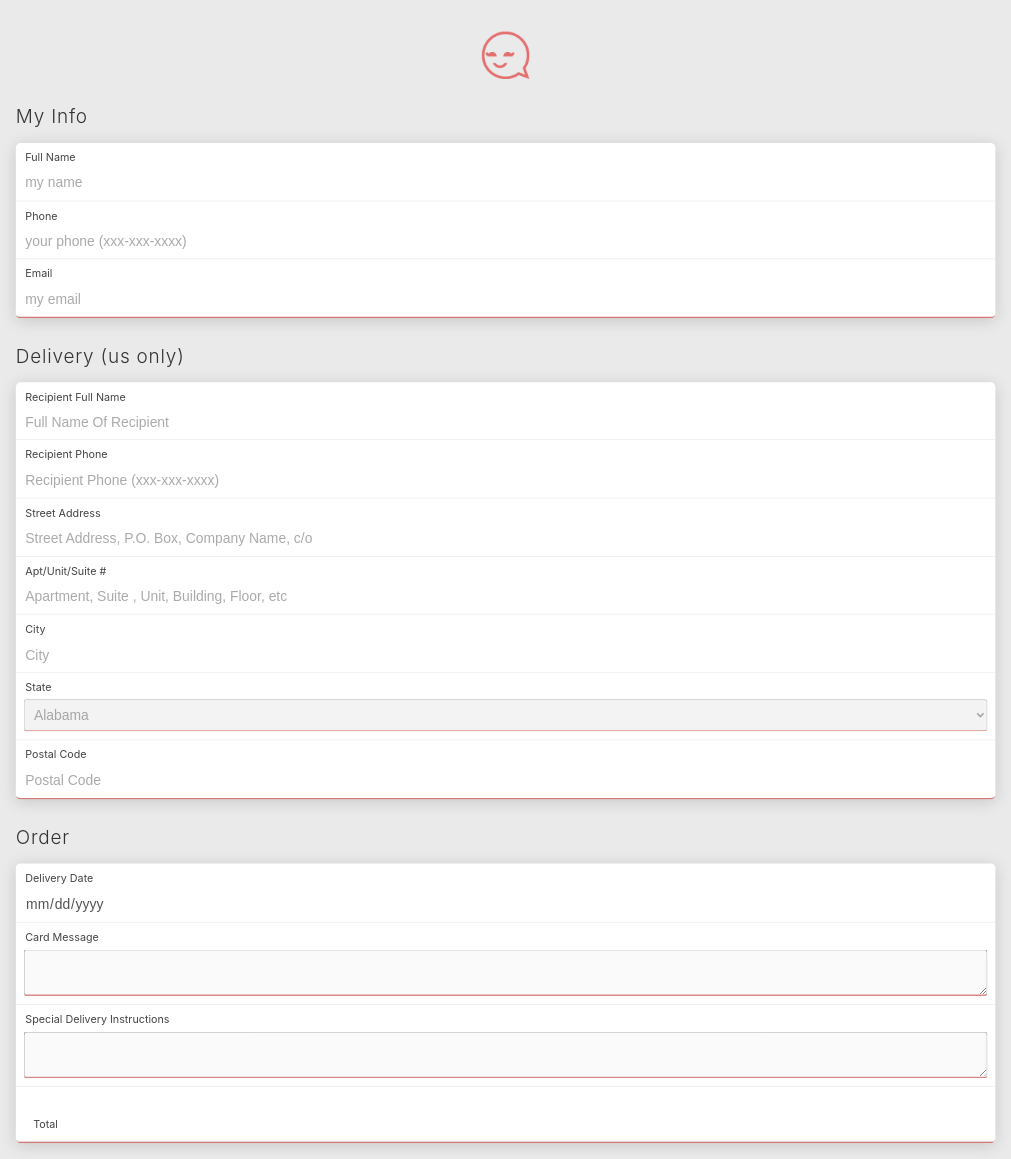
Repository: mattbobgithub/rosybot-ui
Page: rosybot-ui/dist/checkout.html
These files come from the project's save history. The page is drawn as it stood at one moment and after the next save; the edit follows.
The browser window is 1280 px wide. The pictures show the whole page, at 79% of full size.
The page's requests for data from a server got no answer. Some web libraries are served in a nearby version.

Above is the page before, as saved 2017-10-13 16:21:01.

### rosybot-ui/dist/checkout.html
<!DOCTYPE html>
<html>
<head>
<meta charset="utf-8">
<meta http-equiv="X-UA-Compatible" content="IE=edge">
<meta name="viewport"
	content="width=device-width, initial-scale=1, maximum-scale=1, minimum-scale=1, user-scalable=no, minimal-ui">
<title>Checkout</title>
<link href="normalize.css" rel="stylesheet">
<link href="index.css" rel="stylesheet">
<script src="https://js.stripe.com/v3/"></script>
</head>
<body>
	<div class="logo"></div>
	<div class="container">
		<form id="rosyOrder">
			<input id="id" name="id" type="hidden" required /> <input
				id="orderTotalHidden" name="orderTotalHidden" type="hidden" required />
			<h2>My Info</h2>
			<div class="form-groups">
				<div class="form-group">
					<label for="customerFullName">Full Name</label> <input
						id="customerFullName" name="customerFullName" type="text"
						placeholder="my name" onchange="changeRosyOrder(true)" required>
				</div>
				<div class="form-group">
					<label for="customerPhone">Phone</label> <input id="customerPhone"
						name="customerPhone" type="tel" pattern="^\d{3}-\d{3}-\d{4}$"
						placeholder="your phone (xxx-xxx-xxxx)"
						onchange="changeCustomerPhone(this.value)" required>
				</div>
				<div class="form-group">
					<label for="customerEmail">Email</label> <input id="customerEmail"
						name="customerEmail" type="email" placeholder="my email"
						onchange="changeRosyOrder(true)">
				</div>
			</div>


			<h2>Delivery (us only)</h2>
			<div class="form-groups">

				<div class="form-group">
					<label for="recipientFullName">Recipient Full Name</label> <input
						id="recipientFullName" name="recipientFullName" type="text"
						placeholder="Full Name Of Recipient"
						onchange="changeRosyOrder(true)" required>
				</div>
				<div class="form-group">
					<label for="recipientPhone">Recipient Phone</label> <input
						id="recipientPhone" name="recipientPhone" type="tel"
						pattern="^\d{3}-\d{3}-\d{4}$"
						placeholder="Recipient Phone (xxx-xxx-xxxx)"
						onchange="changeRecipientPhone(this.value)" required>
				</div>
				<div class="form-group">
					<label for="recipientStreetAddress1">Street Address</label> <input
						id="recipientStreetAddress1" name="recipientStreetAddress1"
						type="text"
						placeholder="Street Address, P.O. Box, Company Name, c/o"
						onchange="changeRosyOrder(true)" required>
				</div>
				<div class="form-group">
					<label for="recipientStreetAddress2">Apt/Unit/Suite #</label> <input
						id="recipientStreetAddress2" name="recipientStreetAddress2"
						type="text"
						placeholder="Apartment, Suite , Unit, Building, Floor, etc"
						onchange="changeRosyOrder(true)">
				</div>
				<div class="form-group">
					<label for="recipientCity">City</label> <input id="recipientCity"
						name="recipientCity" type="text" placeholder="City"
						onchange="changeRosyOrder(true)" required>
				</div>

				<div class="form-group">
					<label for="recipientState">State</label>
					<div class="select-wrapper">
						<select id="recipientState" name="recipientState"
							onchange="changeRosyOrder(true)" required>
							<option value="AL">Alabama</option>
							<option value="AK">Alaska</option>
							<option value="AZ">Arizona</option>
							<option value="AR">Arkansas</option>
							<option value="CA">California</option>
							<option value="CO">Colorado</option>
							<option value="CT">Connecticut</option>
							<option value="DE">Delaware</option>
							<option value="DC">District Of Columbia</option>
							<option value="FL">Florida</option>
							<option value="GA">Georgia</option>
							<option value="HI">Hawaii</option>
							<option value="ID">Idaho</option>
							<option value="IL">Illinois</option>
							<option value="IN">Indiana</option>
							<option value="IA">Iowa</option>
							<option value="KS">Kansas</option>
							<option value="KY">Kentucky</option>
							<option value="LA">Louisiana</option>
							<option value="ME">Maine</option>
							<option value="MD">Maryland</option>
							<option value="MA">Massachusetts</option>
							<option value="MI">Michigan</option>
							<option value="MN">Minnesota</option>
							<option value="MS">Mississippi</option>
							<option value="MO">Missouri</option>
							<option value="MT">Montana</option>
							<option value="NE">Nebraska</option>
							<option value="NV">Nevada</option>
							<option value="NH">New Hampshire</option>
							<option value="NJ">New Jersey</option>
							<option value="NM">New Mexico</option>
							<option value="NY">New York</option>
							<option value="NC">North Carolina</option>
							<option value="ND">North Dakota</option>
							<option value="OH">Ohio</option>
							<option value="OK">Oklahoma</option>
							<option value="OR">Oregon</option>
							<option value="PA">Pennsylvania</option>
							<option value="RI">Rhode Island</option>
							<option value="SC">South Carolina</option>
							<option value="SD">South Dakota</option>
							<option value="TN">Tennessee</option>
							<option value="TX">Texas</option>
							<option value="UT">Utah</option>
							<option value="VT">Vermont</option>
							<option value="VA">Virginia</option>
							<option value="WA">Washington</option>
							<option value="WV">West Virginia</option>
							<option value="WI">Wisconsin</option>
							<option value="WY">Wyoming</option>
						</select>
					</div>
				</div>

				<div class="form-group">
					<label for="recipientPostalCode">Postal Code</label> <input
						name="recipientPostalCode" onchange="changeRosyOrder(true)"
						placeholder="Postal Code" id="recipientPostalCode" required
						type="text">
				</div>

				<input type="hidden" id="recipientCountry" name="recipientCountry" />
				<input type="hidden" id="validAddress" />

			</div>


			<h2>Order</h2>

			<div class="form-groups">

				<div class="form-group">
					<label for="deliveryDate">Delivery Date</label> <input readOnly
						id="deliveryDate" name="deliveryDate" type="date"
						placeholder="DD-MM-YYYY" onchange="changeDeliveryDate()" required>
				</div>
				<div class="form-group">
					<label for="cardMessage">Card Message</label>
					<div class="textarea-wrapper">
					<textarea
              id="cardMessage" name="cardMessage"
						placeholder="Card Message" onchange="changeRosyOrder(true)">
					</textarea>
					</div>
				</div>
				<div class="form-group">
					<label for="specialInstructions">Special Delivery Instructions</label>
					<div class="textarea-wrapper">
					<textarea
              id="specialInstructions"
						name="specialInstructions"
						placeholder="Special Delivery Instructions"
						onchange="changeRosyOrder(true)">
					</textarea>
					</div>
				</div>
				<div class="form-group">
				<div class="image-wrapper">
					<img id="rosyOrderImage" src="">
						<label for="orderTotal">Total</label>
					<div id="orderTotal"></div>
				</div>
				</div>
				<div class="form-group">
					<div id="productName"></div>
					<div id="productCode"></div>
				</div>

			</div>


			<div class="bottom-buttons" id="rosyClickableArea">
			<div id="updateOrderDiv">
				<button class="full" id="updateOrderButton">Update Order</button>
			</div id="paymentDiv">
				<button class="full primary" id="paymentButton">Buy With Card</button>
				  <div id="payment-request-button">
  						<!-- A Stripe Element will be inserted here. -->
						</div>
			</div>


		</form>
	</div>

	<script
		src="https://ajax.googleapis.com/ajax/libs/jquery/1.11.2/jquery.min.js"></script>
	<script type="text/javascript" src="js/cart.js"></script>
</body>

<div id="rosySpinnerOverlay" class="modal"></div>
</html>

### rosybot-ui/dist/index.css
html {
	box-sizing: border-box;
}

*, *:before, *:after {
	box-sizing: inherit;
}

::-webkit-input-placeholder {
	color: #aaa;
}

body {
	padding: 20px;
	font-family: -apple-system, BlinkMacSystemFont, 'Segoe UI', Roboto,
		Helvetica, Arial, sans-serif, 'Apple Color Emoji', 'Segoe UI Emoji',
		'Segoe UI Symbol';
	line-height: 1.5;
	background: #eaeaea;
	color: #444;
	font-weight: 200;
}

h2 {
	color: #333333;
	font-weight: 300;
	letter-spacing: 1px;
	margin-top: 30px;
	margin-bottom: 15px;
}

h2:first-of-type {
	margin-top: 0;
}

.form-groups {
	background: white;
	box-shadow: 0 3px 20px rgba(0, 0, 0, 0.15);
	border-radius: 6px;
	border-bottom: solid 2px #d47672;
}

.form-group {
	border-bottom: 1px solid #eee;
}

.form-group:last-of-type {
	border-bottom: none;
}

.form-group label {
	display: block;
	font-size: 85%;
	padding: 8px 12px 0 12px;
	font-weight: 400;
}

.form-group input {
	padding: 5px 0;
	display: block;
	width: 100%;
	font-size: 110%;
	padding: 12px;
	background: transparent;
	font-weight: 300;
}

input {
	border: none;
}

.logo {
	height: 60px;
	background: url("rosybot_red.png");
	background-repeat: no-repeat;
	background-position: center;
	background-size: contain;
	margin: 20px 0 30px 0;
}

.bottom-buttons {
	margin: 30px 0;
}

button.full {
	background: #c8504b;
	display: block;
	border: none;
	width: 100%;
	padding: 15px;
	border-top: solid 1px #e2a4a1;
	border-bottom: solid 3px #b33c37;
	border-radius: 6px;
	color: white;
	font-weight: 300;
	font-size: 130%;
	letter-spacing: 0.5px;
}

button.full.primary {
	border-top: solid 1px #d67e7a;
	background: #ac3934;
	border-bottom-color: #8c2f2b;
}

.select-wrapper {
	padding: 5px 10px 10px 10px;
}

select {
	border: solid 1px #aaa;
	display: block;
	padding: 8px;
	width: 100%;
	font-size: 110%;
	font-weight: 300;
	border-radius: 4px;
	border-bottom: solid 2px #da8986;
}

.textarea-wrapper {
	padding: 5px 10px 10px 10px;
}

textarea {
	border: solid 1px #aaa;
	display: block;
	padding: 8px;
	width: 100%;
	font-size: 110%;
	font-weight: 300;
	border-radius: 4px;
	border-bottom: solid 2px #da8986;
}

.image-wrapper {
	padding: 5px 10px 10px 10px;
}

### rosybot-ui/dist/js/cart.js
/**
 * intiate the cart with the order from the api
 */

$body = $("body");

$(document).on({
	ajaxStart : function() {
		$body.addClass("loading");
	},
	ajaxStop : function() {
		$body.removeClass("loading");
	}
});

$(document)
		.ready(
				function() {

					$('#confirmMessage').hide();
					$body.addClass("loading");
					orderId = getURLParameter("ro");
					console.log(orderId);
					var postData1 = new Object();
					postData1.id = orderId;
					postData2 = JSON.stringify(postData1);

					$('#paymentDiv').show();
					$('#updateOrderDiv').hide();

					$
							.ajax({
								type : 'POST',
								url : 'https://tn59sjpc9c.execute-api.us-east-1.amazonaws.com/dev/api/rosyorder',
								data : postData2,
								success : function(data) {

									console.log(data);

									jsonData = JSON.parse(data);

									if(!jsonData.validAddress){

										console.log("invalid address");
										$('#confirmMessage').show();
										$('#confirmMessage')
												.text(
														'INVALID DELIVERY ADDRESS, PLEASE CORRECT.');
									}

									loadRosyOrderData(jsonData);


									// if order is paid, display paid
									// confirmation
									if (jsonData.rosyOrderStatus == 'PAID'
											|| jsonData.rosyOrderStatus == 'FULFILLED') {
										$('#confirmMessage').show();
										$('#confirmMessage')
												.text(
														'THANKS! YOUR ORDER # is '
																+ jsonData.rosyOrderId
																+ '. YOU WILL RECEIVE A TEXT CONFIRMATION SHORTLY');
										var form = document
												.getElementById("rosyOrder");
										var elements = form.elements;
										for (var i = 0, len = elements.length; i < len; ++i) {
											elements[i].readOnly = true;
											elements[i].disabled = true;
										}

										$('#rosyClickableArea').hide();
									}

								},
								error : function(response) {

									// Handle error
									$('#confirmMessage').show();
									$('#confirmMessage')
											.text(
													'ROSY HAD A PROBLEM RETRIEVING YOUR ORDER, PLEASE TRY AGAIN.');
									var form = document
											.getElementById("rosyOrder");
									var elements = form.elements;
									for (var i = 0, len = elements.length; i < len; ++i) {
										elements[i].readOnly = true;
										elements[i].disabled = true;
									}
									$('#rosyClickableArea').hide();
									$('#paymentDiv').hide();
									$('#updateOrderDiv').hide();

								},
								contentType : "application/json",
								dataType : 'json'
							});

				});


$( "#rosyOrder" ).submit(function( event ) {
	// alert( "Handler for .submit() called." );
	  event.preventDefault();
	  updateRosyOrder();
	});

function changeRosyOrder(allowEdit) {
	// hide paypal button, display update order button
	if(allowEdit){
	console.log("hide stripe button, show update order button.");
	$('#paymentDiv').hide();
	$('#updateOrderDiv').show();
	}else{
		console.log("hide update button, show stripte button.");
		$('#paymentDiv').show();
		$('#updateOrderDiv').hide();
	}



}

function changeDeliveryDate() {

	// validate new delivery date.
	console.log("validate new delivery date.");

	changeRosyOrder(true);
}

function changeRecipientPhone(value){

	document.forms['rosyOrder'].elements['recipientPhone'].value = formatPhoneNumber(value);

	changeRosyOrder(true);

}

function changeCustomerPhone(value){

	document.forms['rosyOrder'].elements['customerPhone'].value = formatPhoneNumber(value);

	changeRosyOrder(true);

}

function formatPhoneNumber(s) {
  var s2 = (""+s).replace(/\D/g, '');
	  var output;
	  if(s2.length>=10){
		s2 = s2.substr(0,10);
	  var m = s2.match(/^(\d{3})(\d{3})(\d{4})$/);
	  output = m[1] + "-" + m[2] + "-" + m[3];
	  }else{
		  output = s;
	  }

	   return output;
	}


function loadRosyOrderData(rod) {
	console.log(rod);

	var allowEdit = false;
	if (rod.customerFullName === null) {
		allowEdit=true;
	} else {
		document.forms['rosyOrder'].elements['customerFullName'].value = rod.customerFullName;
	}
	if (rod.customerPhone === null) {
		allowEdit=true;
	} else {
		var displayPhone = convertPhoneForDisplay(rod.customerPhone);
		document.forms['rosyOrder'].elements['customerPhone'].value = displayPhone;
	}

	if (rod.deliveryDate === null) {
		allowEdit=true;
	} else {

		var displayDate = convertDateForDisplay(rod.deliveryDate);
		document.forms['rosyOrder'].elements['deliveryDate'].value = displayDate;
	}
	if (rod.recipientCity === null) {
		allowEdit=true;
	} else {
		document.forms['rosyOrder'].elements['recipientCity'].value = rod.recipientCity;
	}
	if (rod.recipientCountry === null) {
		allowEdit=true;
	} else {
		document.forms['rosyOrder'].elements['recipientCountry'].value = rod.recipientCountry;
	}
	if (rod.recipientFullName === null) {
		allowEdit=true;
	} else {
		document.forms['rosyOrder'].elements['recipientFullName'].value = rod.recipientFullName;
	}
	if (rod.recipientPhone === null) {
		allowEdit=true;
	} else {
		var displayPhoneRecip = convertPhoneForDisplay(rod.recipientPhone);
		document.forms['rosyOrder'].elements['recipientPhone'].value = displayPhoneRecip;
	}
	if (rod.recipientPostalCode === null) {
		allowEdit=true;
	} else {
		document.forms['rosyOrder'].elements['recipientPostalCode'].value = rod.recipientPostalCode;
	}
	if (rod.recipientState === null) {
		allowEdit=true;
	} else {
		document.forms['rosyOrder'].elements['recipientState'].value = rod.recipientState;
	}
	if (rod.recipientStreetAddress1 === null) {
		allowEdit=true;
	} else {
		document.forms['rosyOrder'].elements['recipientStreetAddress1'].value = rod.recipientStreetAddress1;
	}

if(!rod.validAddress){
	allowEdit = true;
}

		changeRosyOrder(allowEdit);

// autopopulated or non-required fields
	document.forms['rosyOrder'].elements['id'].value = rod.id;

	document.forms['rosyOrder'].elements['cardMessage'].value = rod.cardMessage;
	document.forms['rosyOrder'].elements['customerEmail'].value = rod.customerEmail;
	document.forms['rosyOrder'].elements['recipientStreetAddress2'].value = rod.recipientStreetAddress2;
	document.getElementById("rosyOrderImage").src = rod.productImageUrl;
	document.getElementById("productName").textContent = rod.productName;
	document.getElementById("productCode").textContent = 'Rosy Product Code - '
			+ rod.productCode;
	document.getElementById("orderTotal").textContent = rod.orderTotal;
	document.forms['rosyOrder'].elements['specialInstructions'].value = rod.specialInstructions;
	document.forms['rosyOrder'].elements['validAddress'].value = rod.validAddress;


	doStripe(rod.orderTotal);
}

function updateRosyOrder() {

	var arrayInput = $('#rosyOrder').serializeArray();
	var postData1 = objectifyForm(arrayInput);
	var outputDate = convertDateForSave(postData1.deliveryDate);
	postData1.deliveryDate = outputDate;
	var outputPhone = convertPhoneForSave(postData1.customerPhone);
	postData1.customerPhone = outputPhone;
	$('#confirmMessage').hide();
	postData2 = JSON.stringify(postData1);
	$
			.ajax({
				type : 'POST',
				url : 'https://tn59sjpc9c.execute-api.us-east-1.amazonaws.com/dev/api/rosyorder',
				data : postData2, // or JSON.stringify ({name:
				// 'jonas'}),
				success : function(data) {
					jsonData = JSON.parse(data);
					// reload order data from response of
					// updated order
					console.log(jsonData);
					if(!jsonData.validAddress){
						console.log("invalid address" + jsonData.validAddress);
						$('#confirmMessage').show();
						$('#confirmMessage')
								.text(
										'INVALID DELIVERY ADDRESS, PLEASE CORRECT.');
					}

					loadRosyOrderData(jsonData);

				},
				error : function(response) {
					console.log('ERROR on update call:');
					// Handle error
					$('#confirmMessage').show();
					$('#confirmMessage')
							.text(
									'ROSY HAD A PROBLEM UPDATING YOUR ORDER, PLEASE TRY AGAIN.');

				},
				contentType : "application/json",
				dataType : 'json'
			});
}

Array.prototype.move = function(from, to) {
	this.splice(to, 0, this.splice(from, 1)[0]);
};

function objectifyForm(formArray) {// serialize data function

	var returnArray = {};
	for (var i = 0; i < formArray.length; i++) {

		// find delivery date
		returnArray[formArray[i]['name']] = formArray[i]['value'];
	}
	return returnArray;
}

function getURLParameter(name) {
	return decodeURIComponent((new RegExp('[?|&]' + name + '='
			+ '([^&;]+?)(&|#|;|$)').exec(location.search) || [ null, '' ])[1]
			.replace(/\+/g, '%20'))
			|| null;
}

function convertDateForDisplay(dateStr_MM_DD_YYYY) {
	var dateArray = dateStr_MM_DD_YYYY.split("-");
	var mm = dateArray[0];
	var dd = dateArray[1];
	var yyyy = dateArray[2];
	return yyyy + "-" + mm + "-" + dd;
}

function convertDateForSave(dateStr_YYYY_MM_DD) {
	var dateArray = dateStr_YYYY_MM_DD.split("-");
	var yyyy = dateArray[0];
	var mm = dateArray[1];
	var dd = dateArray[2];
	return mm + "-" + dd + "-" + yyyy;
}

function convertPhoneForDisplay(phone) {
	if (phone.charAt(0) === '1') {
		phone = phone.substr(1);
	}
	return phone.replace(/(\d{3})(\d{3})(\d{4})/, "$1-$2-$3");
}

function convertPhoneForSave(phone) {
	phone = phone.replace(/\D/g, '')

	return phone;
}


function openPaymentModal(){

	var url = document.URL;
    shortUrl=url.substring(0,url.lastIndexOf("/"));

location= shortUrl + "/payment.html?ro=" + getURLParameter("ro");

}




function doStripe(ordTot){

// added for stripe payment request button
var stripe = Stripe('pk_test_W2fKI1ypiVB8Lk8jH6Rv2bWY');
var elements = stripe.elements();

console.log("do stripe ordTot:" + ordTot);
paymentRequest = stripe.paymentRequest({
	  country: 'US',
	  currency: 'usd',
	  total: {
	    label: 'Rosy Order:',
	    amount: ordTot * 100
	  },
	});




var prButton = elements.create('paymentRequestButton', {
	  paymentRequest: paymentRequest,
	  style: {
		    paymentRequestButton: {
		      type: 'buy', // default: 'default'
		      theme: 'dark' , // default: 'dark'
		      height: '64px' // default: '40px', the width is always '100%'
		    },
		  },
	});


// Check the availability of the Payment Request API first.
paymentRequest.canMakePayment().then(function(result) {

  if (result.applePay) {
	  $('#payment-request-button').show();

	    document.getElementById('payment-request-button').style.display = 'block';
	    prButton.mount('#payment-request-button');

  } else {
	    document.getElementById('payment-request-button').style.display = 'hide';
	  console.log("no apple/android pay");

  }

});


paymentRequest.on('token', function(ev) {

	   apiUrl= "https://h83jr170h1.execute-api.us-east-1.amazonaws.com/stripeDevApi/api/rosyorder";
	   rOrder = getURLParameter("ro");
	  // Send the token to your server to charge it!
	  fetch(apiUrl, {
	    method: 'POST',
	    body: JSON.stringify({ro: rOrder, tok: ev.token.id})
	  })
	  .then(function() {
	    // Report to the browser that the payment was successful, prompting it
	    // to close the browser payment interface.
	    ev.complete('success');

	    var url = document.URL;
        shortUrl=url.substring(0,url.lastIndexOf("/"));

        location = shortUrl + "/checkout.html?ro=" + getURLParameter("ro");

	  })
	  .catch( function() {
		    // Report to the browser that the payment failed, prompting it to
		    // re-show the payment interface, or show an error message and close
		    // the payment interface.
		    ev.complete('fail');
		  }
	  );
	});


}

Loaded but not shown: rosybot-ui/dist/normalize.css (library)

After the next save:
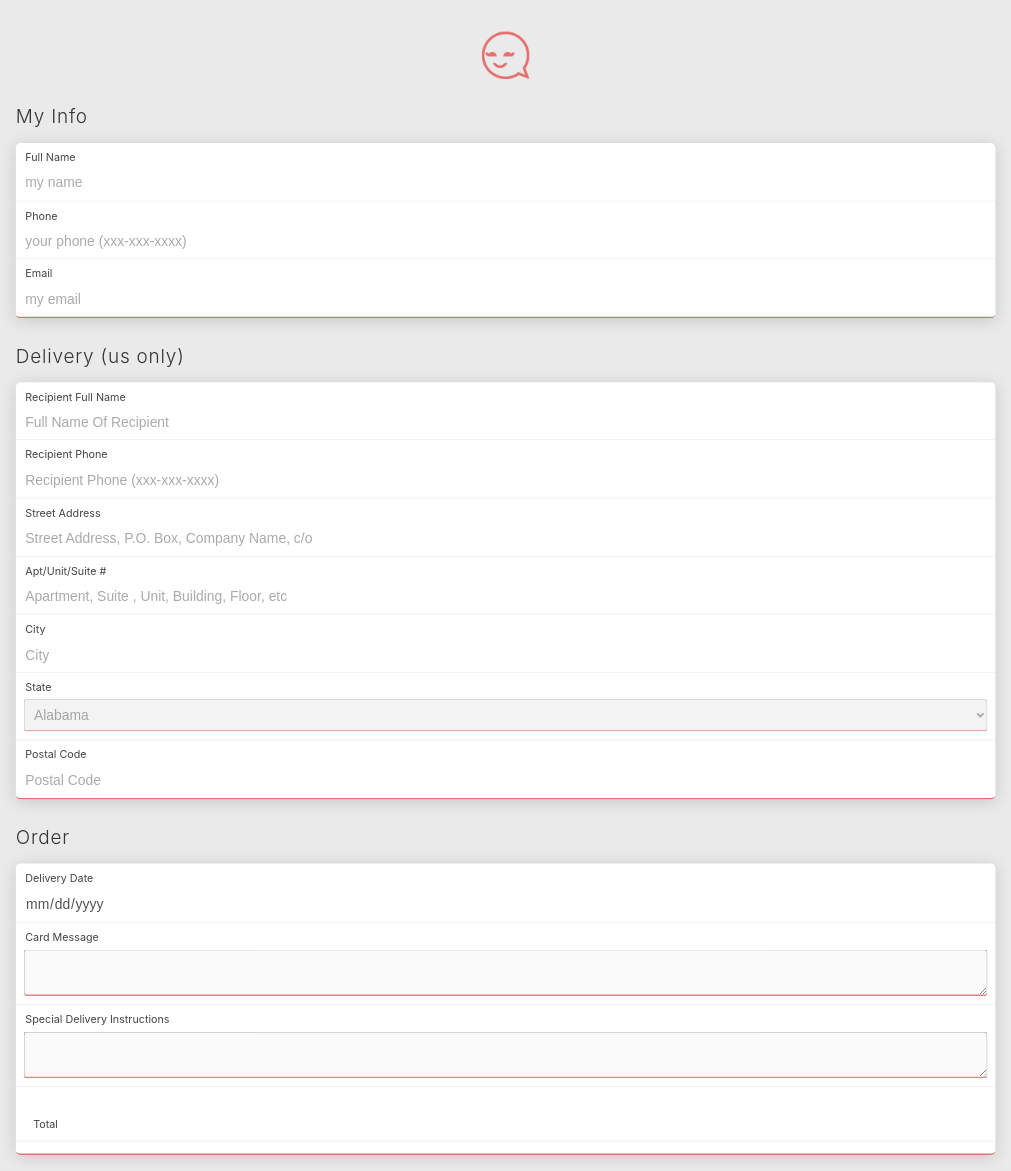
Saved 27 s later.
--- a/rosybot-ui/dist/checkout.html
+++ b/rosybot-ui/dist/checkout.html
@@ -183,8 +183,10 @@
 				</div>
 				</div>
 				<div class="form-group">
+				<div class="textarea-wrapper"
 					<div id="productName"></div>
 					<div id="productCode"></div>
+					</div>
 				</div>
 
 			</div>
